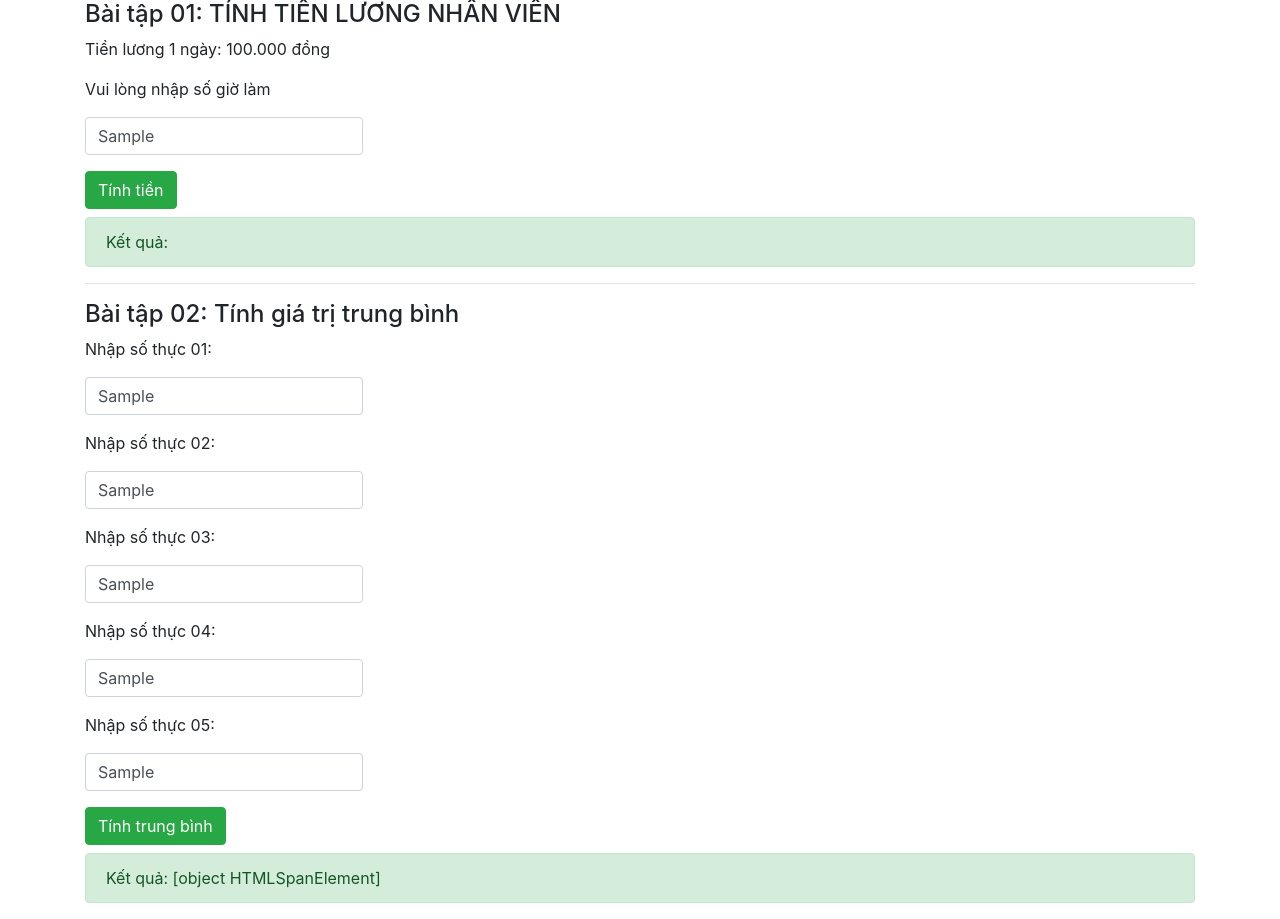
Repository: ducdatit2002/javascript-tinh-day13
Page: index.html
An editor plug-in stored every save of this project. The page is shown before and after a run of saves, followed by the edit.
The browser window is 1280 px wide. The pictures show the whole page.
Empty fields were first filled with sample values (such as "Sample", 5 or name@example.com).
After loading, the first visible `#btnTrungBinh` was clicked once.

Above is the page before, as saved 2023-08-14 00:04:34.

After the next 2 saves:
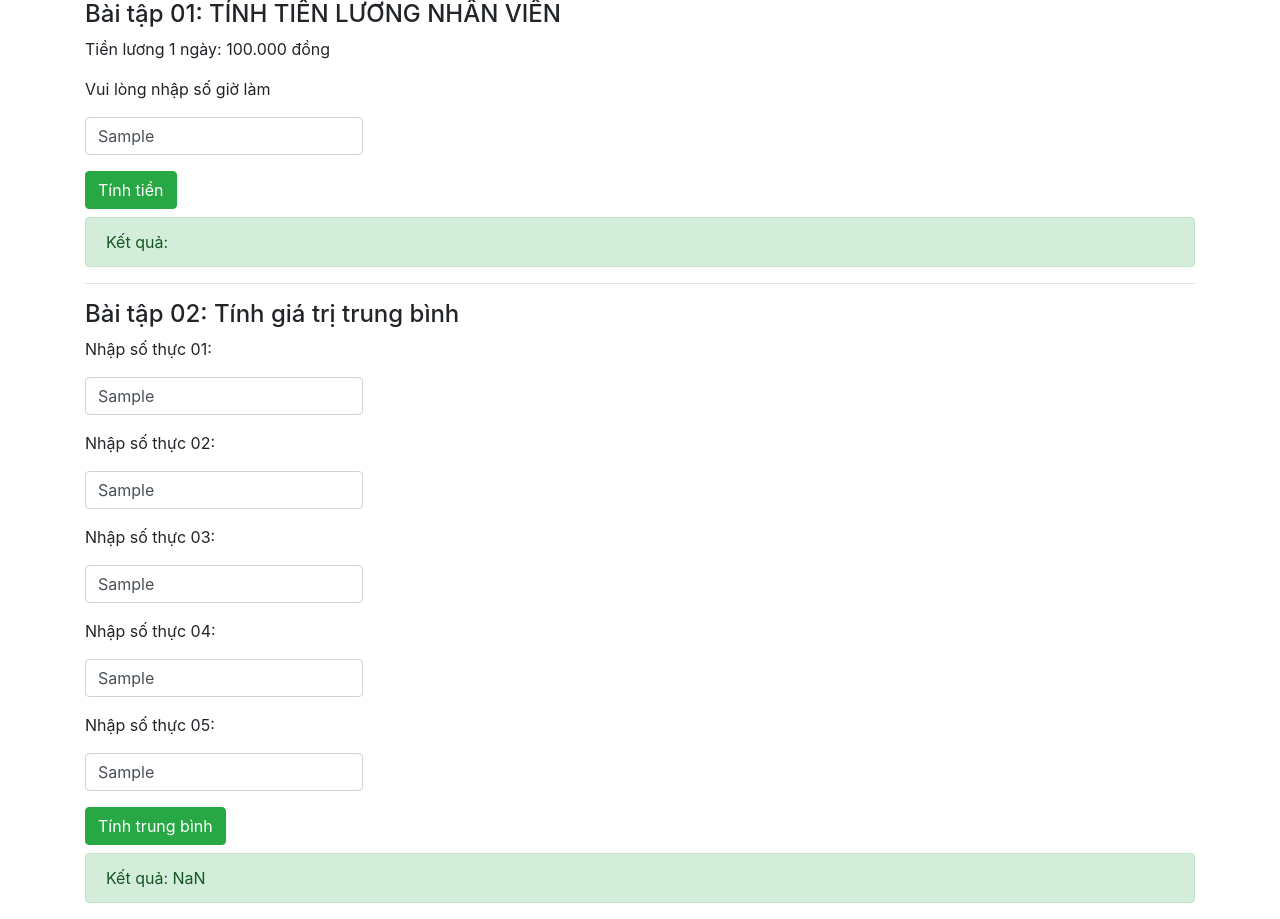
The 2 saves are shown as one change because they came seconds apart.
The last was saved 44 s later.
--- a/index.js
+++ b/index.js
@@ -27,5 +27,5 @@ function tinhTrungBinh() {
 
   trungBinh = (sothuc01 + sothuc02 + sothuc03 + sothuc04 + sothuc05)/5;
 
-   document.getElementById("trungBinh").innerHTML = tongLuong.toLocaleString();
+   document.getElementById("trungBinh").innerHTML = trungBinh.toLocaleString();
 }
